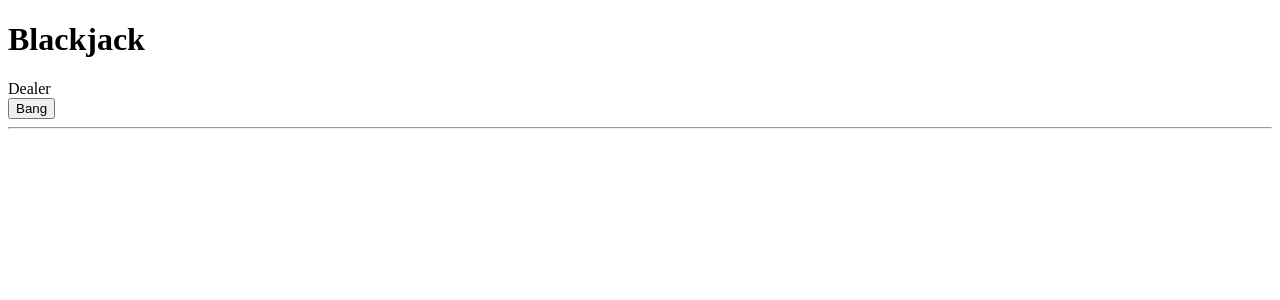
Repository: filiptodoric/blackjack-eclipse
Page: blackjack/WebContent/index.html
An editor plug-in stored every save of this project. The page is shown before and after the next save, followed by the edit.
The browser window is 1280 px wide. The pictures show the whole page.
Some web libraries are served in a nearby version.

Above is the page before, as saved 2015-11-07 03:22:12.

### blackjack/WebContent/index.html
<!DOCTYPE html>
<html>
<head>
<meta charset="UTF-8">
<title>Blackjack</title>
</head>
<script src="https://ajax.googleapis.com/ajax/libs/jquery/2.1.3/jquery.min.js"></script>
<script src="../blackjack/deck.js"></script>
<script>
	var deck = getDeck();
	function change(){
		  $("#dealer").html("bang");
		}
</script>
<body>
<h1>Blackjack</h1>
  <div id="dealer">Dealer</div>
  <button onclick="change()">Bang</button>
  <hr>
</body>
</html>

### blackjack/WebContent/deck.js
/**
 *
 */
function createDeck() {
	var newDeck = [];
	var usedCards = [];
	var deckIndex = 0;
	for (var x = 0; x <= 3; x++) {
		for (var i = 1; i < 14; i++) {
			newDeck[deckIndex] = i;
			deckIndex++
		}
	}
	return newDeck;
}

function shuffle(array) {
	for (var j, x, i = array.length; i; j = Math.floor(Math.random() * i), x = array[--i], array[i] = array[j], array[j] = x);
	return array;
}

function getDeck()	{
	return shuffle(createDeck());
}

After the next save:
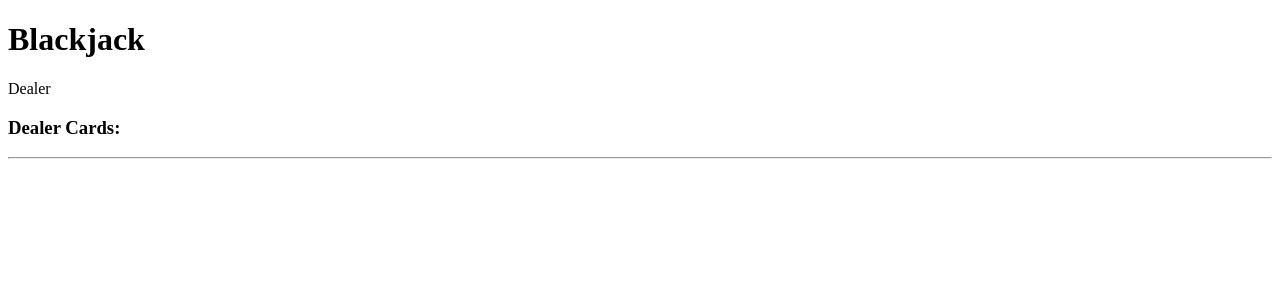
Saved 60 s later.
--- a/blackjack/WebContent/index.html
+++ b/blackjack/WebContent/index.html
@@ -14,8 +14,12 @@
 </script>
 <body>
 <h1>Blackjack</h1>
-  <div id="dealer">Dealer</div>
-  <button onclick="change()">Bang</button>
+  <div id="dealer">Dealer
+  	<h3>Dealer Cards:</h3>
+  	<div id="dealer-cards">
+
+  	</div>
+  </div>
   <hr>
 </body>
 </html>
